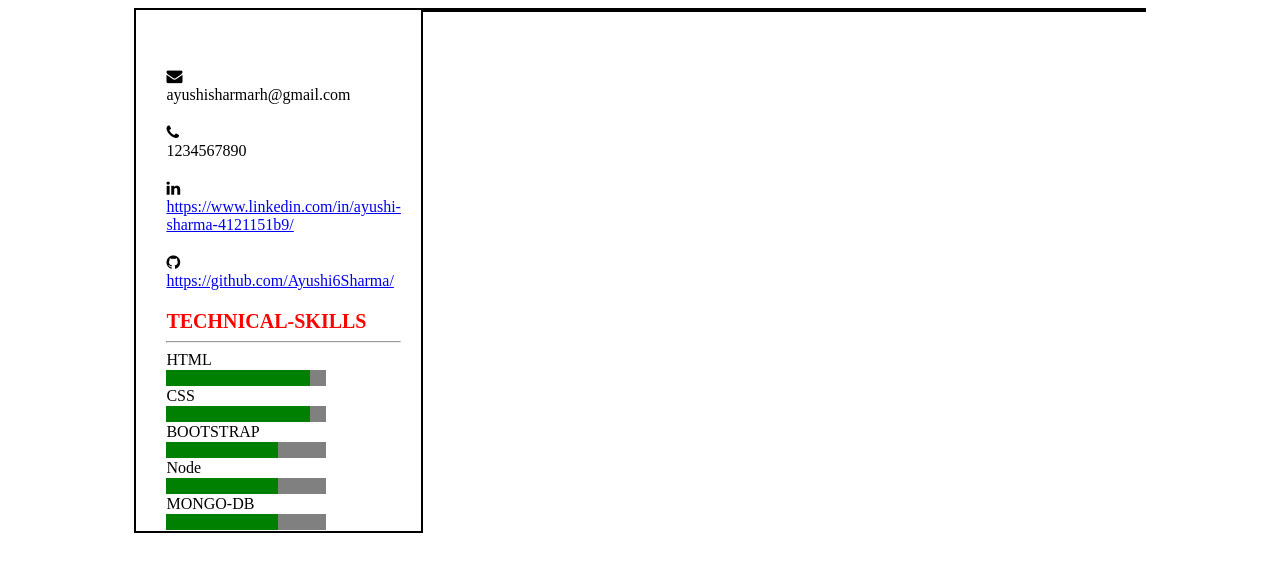
Repository: Ayushi6Sharma/Resume
Page: index.html
These files come from the project's save history. The page is drawn as it stood at one moment and after the next save; the edit follows.
The browser window is 1280 px wide. The pictures show the whole page.

Above is the page before, as saved 2022-05-03 23:54:29.

### index.html
<!DOCTYPE html>
<html lang="en">
    <head>
        <meta charset="utf-8">
        <meta http-equiv="X-UA-Compatible" content="IE=edge">
        <meta name="viewport" content="width=device-width, initial-scale=1">
        <meta name="description" content="Responsive resume for companies">
        <meta name="author" content="Ayushi Sharma">
        <div class="profile-linkedin"></div>
        <link rel="stylesheet" href="style.css">
        <!-- <link rel="stylesheet" href="https://cdn.jsdelivr.net/npm/@fortawesome/fontawesome-free@5.15.4/css/fontawesome.min.css" integrity="sha384-jLKHWM3JRmfMU0A5x5AkjWkw/EYfGUAGagvnfryNV3F9VqM98XiIH7VBGVoxVSc7" crossorigin="anonymous"> -->
        <!-- <link href="https://cdnjs.cloudflare.com/ajax/libs/font-awesome/5.13.0/css/all.min.css" rel="stylesheet"> -->
        <link rel="stylesheet" href="https://stackpath.bootstrapcdn.com/font-awesome/4.7.0/css/font-awesome.min.css" integrity="sha384-wvfXpqpZZVQGK6TAh5PVlGOfQNHSoD2xbE+QkPxCAFlNEevoEH3Sl0sibVcOQVnN" crossorigin="anonymous">
        <title>Resume</title>
    </head>
    <body>
        <main class="main-content" contenteditable="false">
            <section>
                <div class="left-main-content">
                    <!-- Profile data -->
                    <div class="profile-data">
                        <div class="profile-image">
                           <img src="" class="img">
                        </div>
                        <div class="profile-email">
                            <div class="email-icon">
                                <i class="fa fa-envelope"></i>
                            </div>
                            <div class="email-address">
                                ayushisharmarh@gmail.com
                            </div>
                        </div>
                        <div class="profile-contact">
                            <div class="phone-icon">
                                <i class="fa fa-phone"></i>
                            </div>
                            <div class="phone-number">
                                1234567890
                            </div>
                        </div>
                        <div class="profile-linkedin">
                            <div class="linkedid-icon">
                                <i class="fa fa-linkedin"></i>
                            </div>
                            <div class="linkedin-account">
                                <a href="https://www.linkedin.com/in/ayushi-sharma-4121151b9/">https://www.linkedin.com/in/ayushi-sharma-4121151b9/</a>
                            </div>
                        </div>
                        <div class="profile-github">
                            <div class="github-icon">
                                <i class="fa fa-github"></i>
                            </div>
                            <div class="github account-account">
                               <a href="https://github.com/Ayushi6Sharma/">https://github.com/Ayushi6Sharma/</a>
                            </div>
                        </div>
                    </div>
                    <!-- Technical Skills -->
                    <div class="technical-skills">
                        <div class="title">
                            TECHNICAL-SKILLS
                        </div>
                        <hr>
                        <div class="skills">
                            <div class="skill-item">
                                HTML
                            </div>
                            <div class="skill-knowledge">
                                <progress value="90" max="100" class="bar"></progress>
                            </div>
                        </div>
                        <div class="skills">
                            <div class="skill-item">
                                CSS
                            </div>
                            <div class="skill-knowledge">
                                <progress value="90" max="100" class="bar"></progress>
                            </div>
                        </div>
                        <div class="skills">
                            <div class="skill-item">
                                BOOTSTRAP
                            </div>
                            <div class="skill-knowledge">
                                <progress value="70" max="100" class="bar"></progress>
                            </div>
                        </div>
                        <div class="skills">
                            <div class="skill-item">
                                Node
                            </div>
                            <div class="skill-knowledge">
                                <progress value="70" max="100" class="bar"></progress>
                            </div>
                        </div>
                        <div class="skills">
                            <div class="skill-item">
                                MONGO-DB
                            </div>
                            <div class="skill-knowledge">
                                <progress value="70" max="100" class="bar"></progress>
                            </div>
                        </div>
                    </div>

                </div>

            </section>
            <section>
                <div class="right-main-content">

                </div>
            </section>
        </main>
    </body>
</html>

### style.css
.main-content
{
    display: grid;
    grid-template-columns:1fr 3fr;
    width:80%;
    margin: auto;
}
.left-main-content
{
    border:2px solid black;
    padding-left: 30px;
    padding-right: 20px;
}
.right-main-content
{
    border: 2px solid black;
}
.profile-data >div{
    margin-top: 20px;
}
/* technical skills */
.title{
    margin-top: 20px;
    font-weight: bold;
    font-size: 20px;
    color:red;
}
progress{
    color: aquamarine;
}
.bar
{
    border-radius:0px;
}

After the next save:
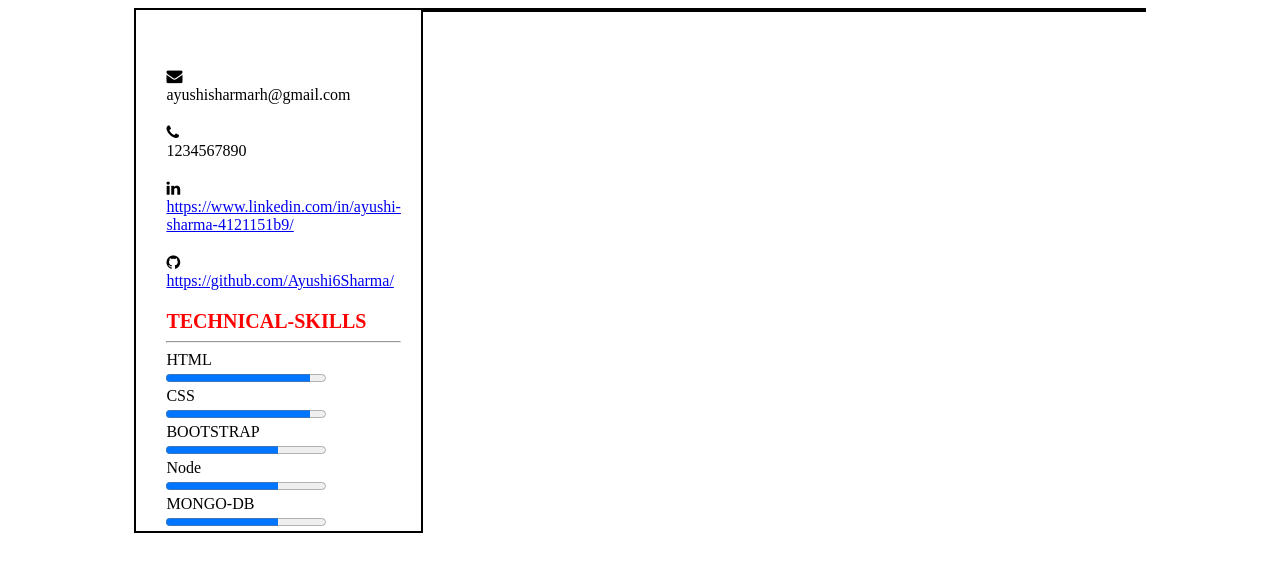
Saved 4 s later.
--- a/style.css
+++ b/style.css
@@ -30,5 +30,5 @@
 }
 .bar
 {
-    border-radius:0px;
+    /* border-radius:0px; */
 }

After the save that followed:
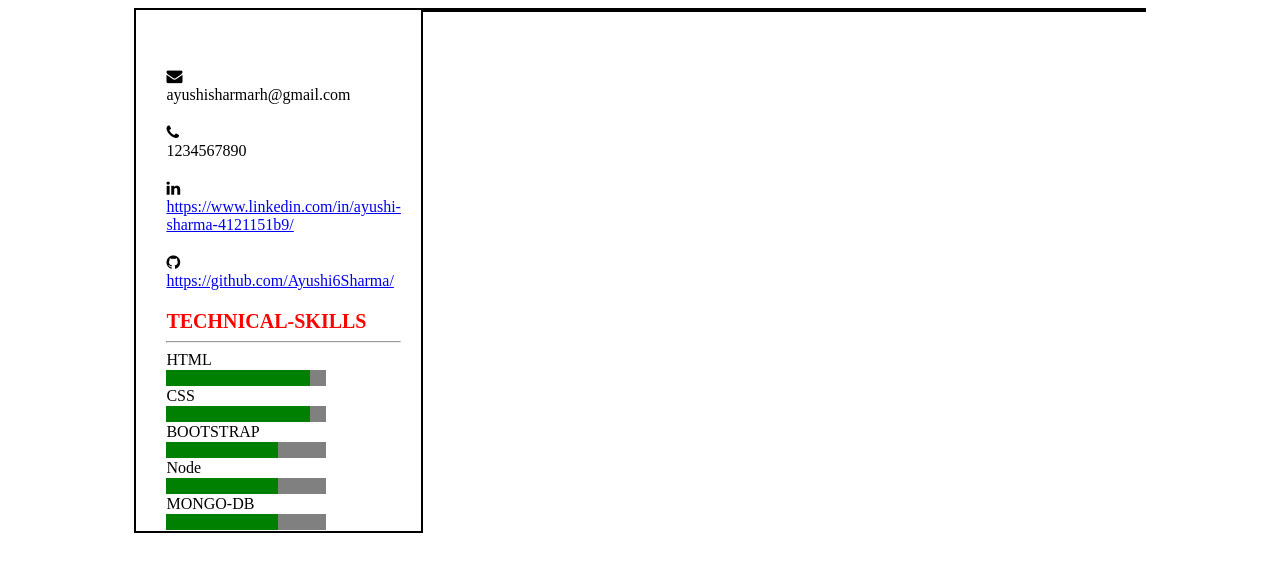
Saved 27 s later.
--- a/style.css
+++ b/style.css
@@ -31,4 +31,5 @@
 .bar
 {
     /* border-radius:0px; */
+    background-color: aqua;
 }
